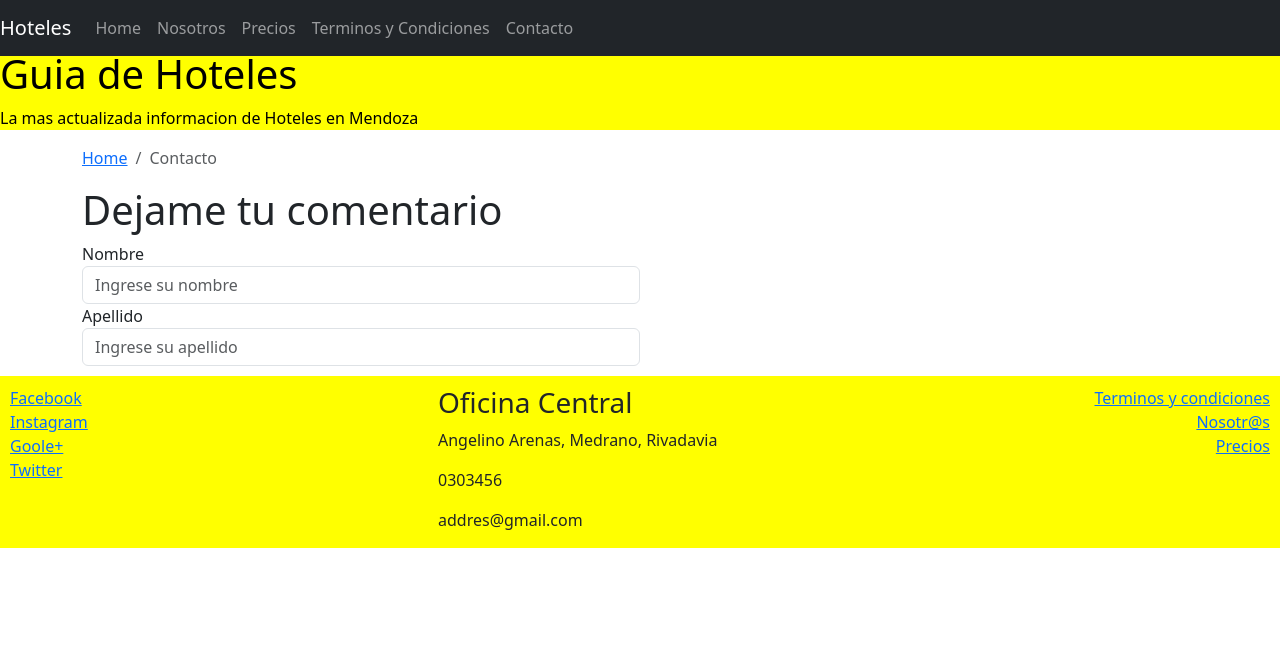
Repository: JulianMoralesSantoni/PaginaHoteles
Page: contacto.html
These files come from the project's save history. The page is drawn as it stood at one moment and after the next save; the edit follows.
The browser window is 1280 px wide. The page is 1282 px wide, so the pictures cover 1282 px, including what lies to the right of the window. The pictures show the whole page.
Some web libraries are served in a nearby version.

Above is the page before, as saved 2021-03-28 18:20:27.

After the next save:
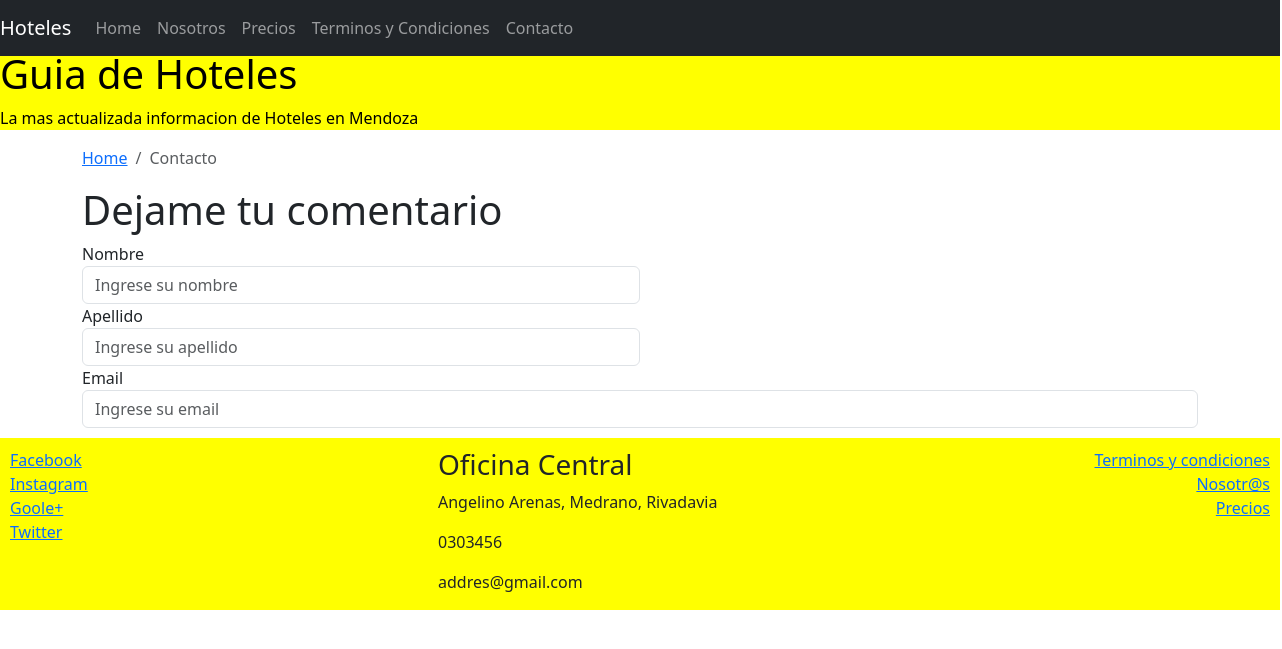
Saved 2 h 30 min later.
--- a/contacto.html
+++ b/contacto.html
@@ -63,6 +63,11 @@
             <label for="apellido">Apellido</label>
             <input type="text" class="form-control" id="apellido" placeholder="Ingrese su apellido">
           </div>
+        </div>
+        <div class="form-group">
+          <label for="email">Email</label>
+            <input type="email" class="form-control" id="email" placeholder="Ingrese su email">
+
 
         </div>
 
